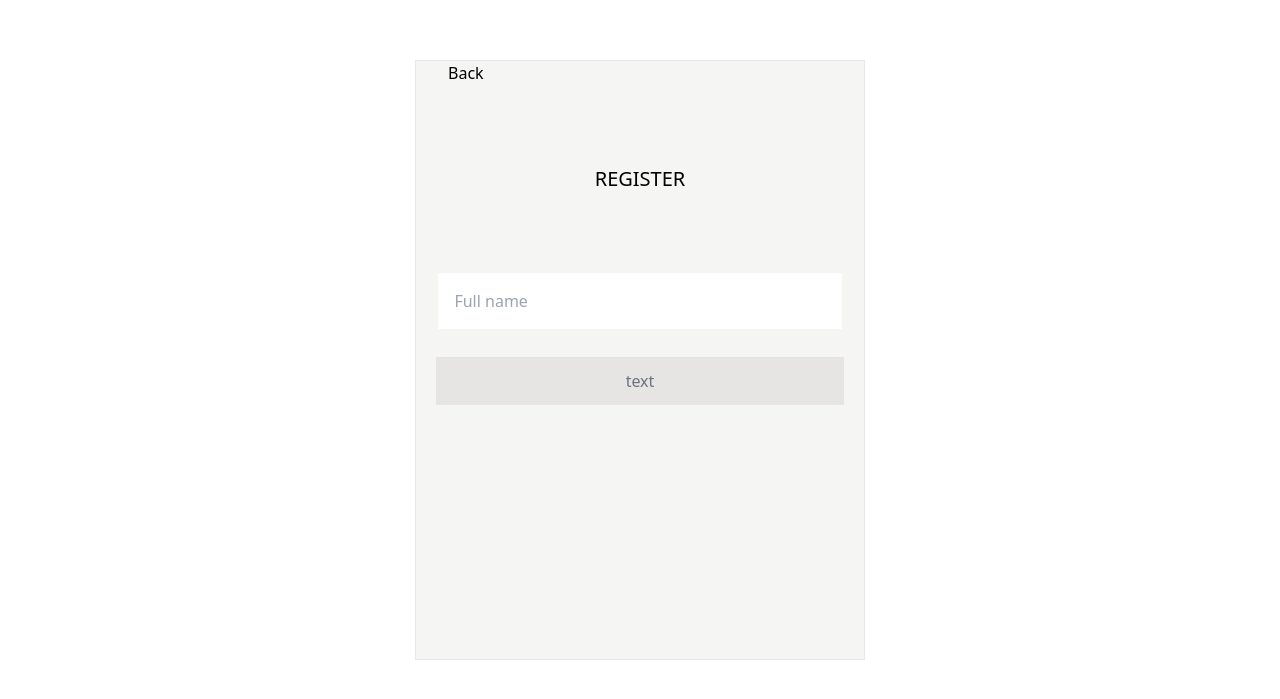
Repository: hsumyatm7308/oop-loginregister-php
Page: login.html
The author's editor kept a copy of each file at every save. The page is drawn from the files as they stood at one save, then again after the next save.
The browser window is 1280 px wide. The pictures show the whole page.
Some web libraries are served in a nearby version.

Above is the page before, as saved 2023-08-01 14:31:08.

After the next save:
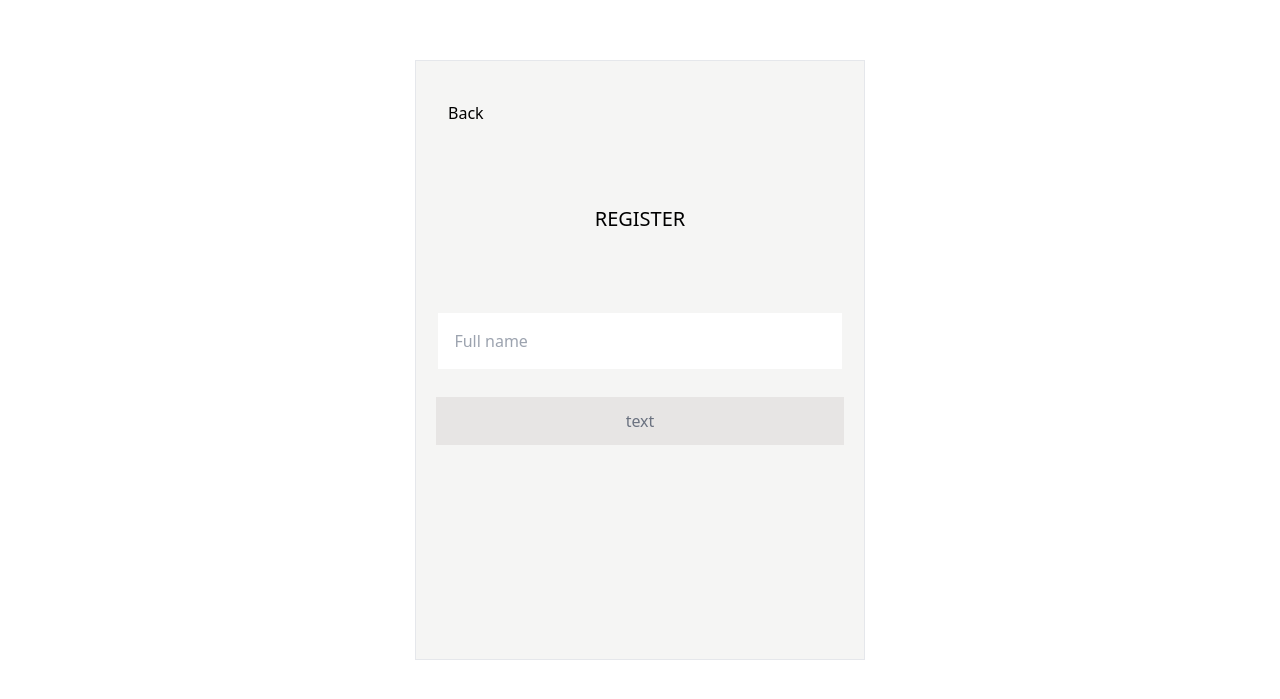
Saved 25 s later.
--- a/login.html
+++ b/login.html
@@ -14,7 +14,7 @@
 <body class="w-screen h-screen  flex justify-center items-center">
 
     <div class="w-[450px] h-[600px] bg-stone-100 border flex items-center flex-col">
-        <span class="self-start ml-8">Back</span>
+        <span class="self-start ml-8 mt-10">Back</span>
 
 
         <h1 class="text-xl text-black uppercase mt-20">Register</h1>
